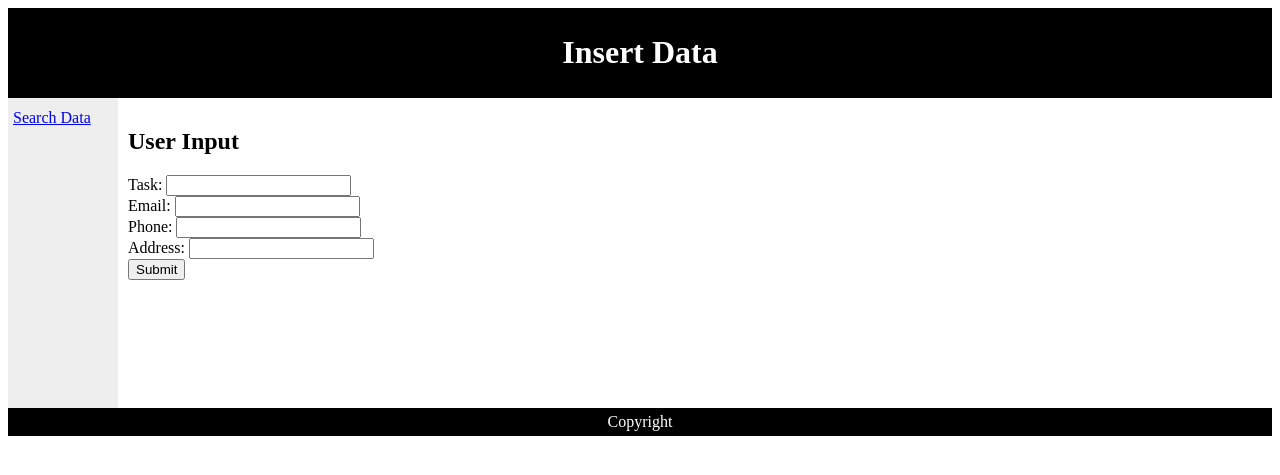
Repository: koleyy/4830_tech_exercise
Page: tech_one/src/main/webapp/insert_jaixen.html
The author's editor kept a copy of each file at every save. The page is drawn from the files as they stood at one save, then again after the next save.
The browser window is 1280 px wide. The pictures show the whole page.

Above is the page before, as saved 2023-10-11 19:42:07.

### tech_one/src/main/webapp/insert_jaixen.html
<html>
<head>
<style>
header {
    background-color:black;
    color:white;
    text-align:center;
    padding:5px;
}
nav {
    line-height:30px;
    background-color:#eeeeee;
    height:300px;
    width:100px;
    float:left;
    padding:5px;
}
section {
    width:350px;
    float:left;
    padding:10px;
}
footer {
    background-color:black;
    color:white;
    clear:both;
    text-align:center;
    padding:5px;
}
</style>
</head>

<body>
<header>
<h1> Insert Data </h1>
</header>

<nav>
<a href="/tech_one/search_jaixen.html">Search Data</a> <br>
</nav>

<section>
	<h1>User Input</h1>

	<form action="SimpleFormInsert" method="POST">

		Task: <input type="text" name="task"> <br />
		Email: <input type="text" name="email"> <br />
		Phone: <input type="text" name="phone"> <br />
		Address: <input type="text" name="address"> <br />

		<input type="submit" value="Submit" />
	</form>

</section>

<footer>
Copyright
</footer>
</body>
</html>

After the next save:
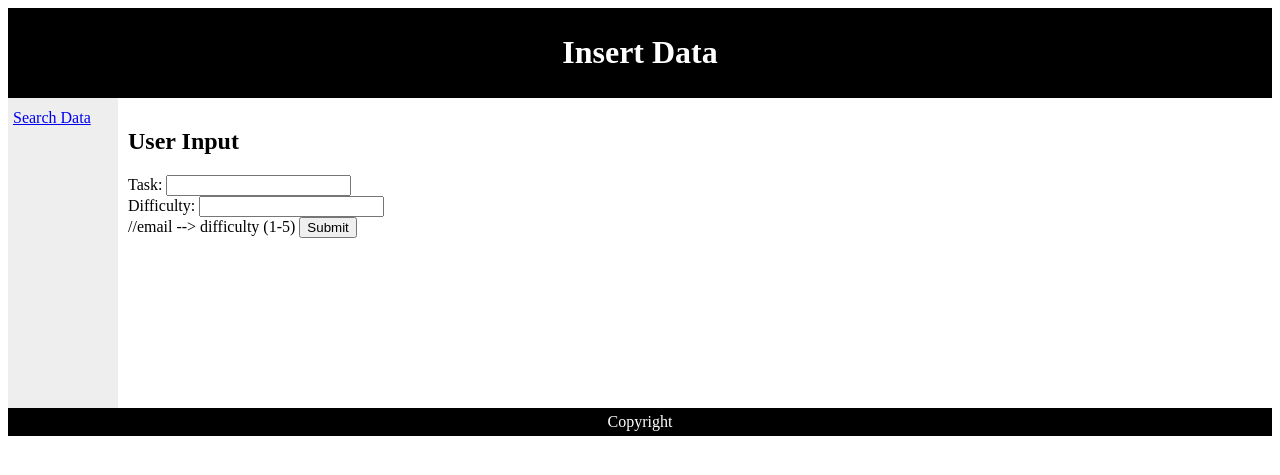
Saved 8 min 27 s later.
--- a/tech_one/src/main/webapp/insert_jaixen.html
+++ b/tech_one/src/main/webapp/insert_jaixen.html
@@ -45,9 +45,7 @@ footer {
 	<form action="SimpleFormInsert" method="POST">
 
 		Task: <input type="text" name="task"> <br />
-		Email: <input type="text" name="email"> <br />
-		Phone: <input type="text" name="phone"> <br />
-		Address: <input type="text" name="address"> <br />
+		Difficulty: <input type="text" name="difficulty"> <br />		//email --> difficulty (1-5)
 
 		<input type="submit" value="Submit" />
 	</form>
